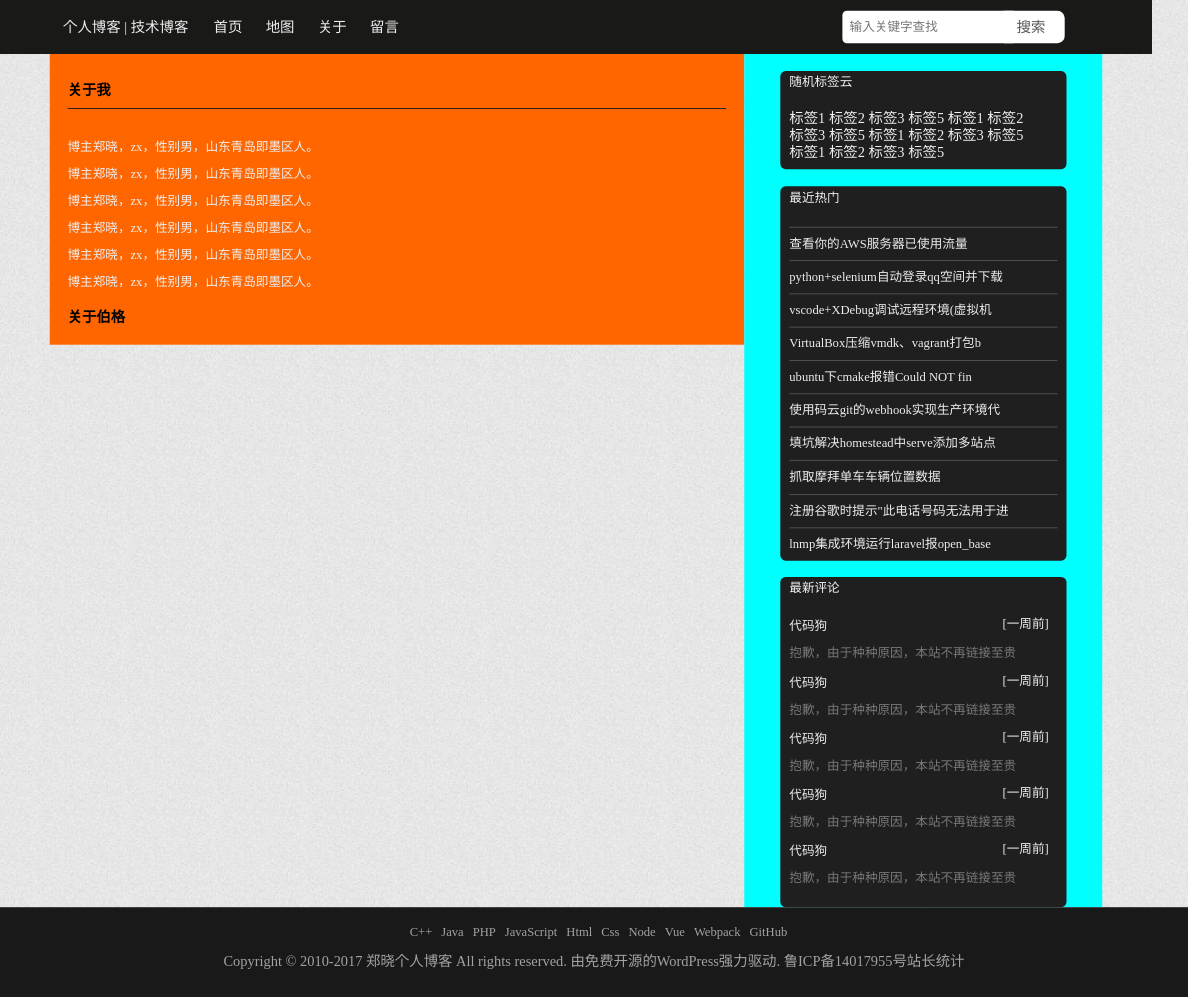
Repository: li1214/my_blog
Page: page/about.html
An editor plug-in stored every save of this project. The page is shown before and after the next save, followed by the edit.
The browser window is 1280 px wide. The page is 1320 px wide, so the pictures cover 1320 px, including what lies to the right of the window. The pictures show the whole page, at 90% of full size.

Above is the page before, as saved 2019-01-04 14:16:10.

After the next save:
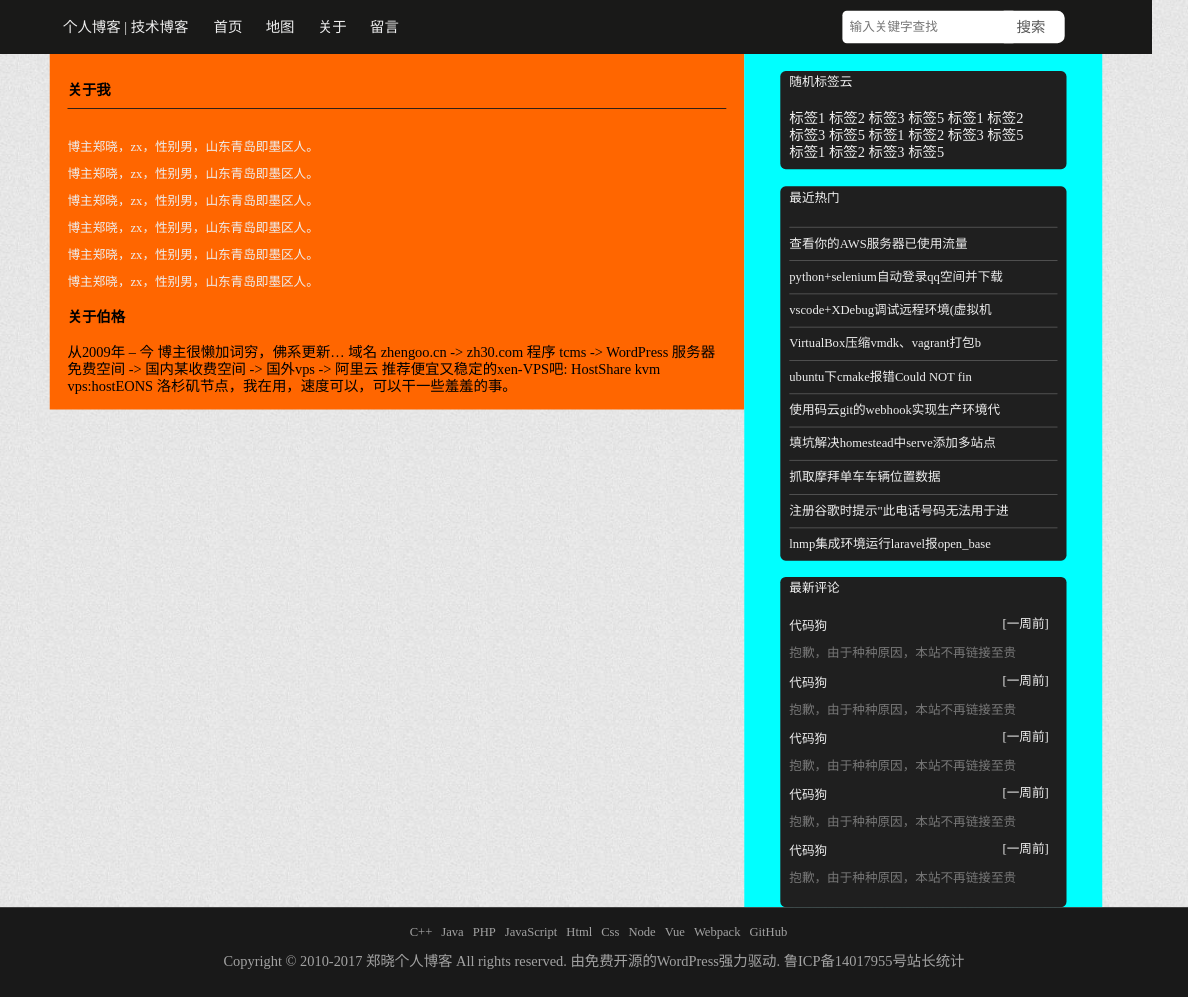
Saved 17 s later.
--- a/page/about.html
+++ b/page/about.html
@@ -40,6 +40,14 @@
                 </div>
                 <div class='about-blog'>
                     <h4>关于伯格</h4>
+                    <p>从2009年 – 今
+                    博主很懒加词穷，佛系更新…
+                    域名 zhengoo.cn -> zh30.com
+                    程序 tcms -> WordPress
+                    服务器 免费空间 -> 国内某收费空间 -> 国外vps -> 阿里云
+
+                    推荐便宜又稳定的xen-VPS吧: HostShare
+                    kvm vps:hostEONS 洛杉矶节点，我在用，速度可以，可以干一些羞羞的事。</p>
                 </div>
             </div>
             <div></div>
